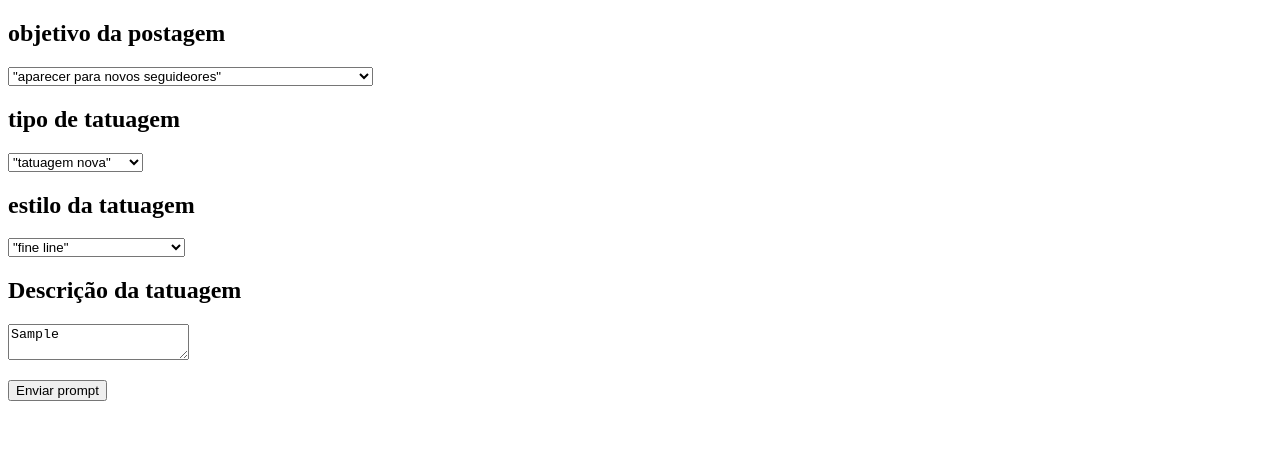
Repository: Ubiratandev/ink_api
Page: ink_IA/ink_ia.html
The author's editor kept a copy of each file at every save. The page is drawn from the files as they stood at one save, then again after the next save.
The browser window is 1280 px wide. The pictures show the whole page.
Empty fields were first filled with sample values (such as "Sample", 5 or name@example.com).
After loading, the first visible `#descricao` was changed once.

Above is the page before, as saved 2026-03-23 23:11:19.

### ink_IA/ink_ia.html
<!DOCTYPE html>
<html>
<head>
    <title>Ink IA</title>
</head>
<body>
   <div class="objetivo">
    <h2>objetivo da postagem</h2>
    <select value = "Objetivo da postagem:" id = "objetivo" onchange={changeObjetivo()}>
    <optgroup>
        <option value = "aparecer para novos seguideores"> "aparecer para novos seguideores"</option>
        <option value = "engajar com pessoas que ja viram as suas postagens">"engajar com pessoas que ja viram as suas postagens"</option>
        <option value = "vender para pessoas que ja engajaram com voce">"vender para pessoas que ja engajaram com voce"</option>
    </optgroup>
   </select>
   <script>
    const changeObjetivo =()=>{
   const objetivo = document.getElementById("objetivo").value;
   }
   </script>
   </div>

   <div class="tipo_tatuagem">


    <h2>tipo de tatuagem</h2>
    <select value = "tipo de tatuagem" id ="tipo" onchange={changeTipo()}>
    <optgroup>
        <option value = "tatuagem nova"> "tatuagem nova"</option>
        <option value = "cobertura">"cobertura"</option>
        <option value = "reforma">"reforma"</option>
    </optgroup>
   </select>
   <script>
   const changeTipo =()=>{
    const tipo = document.getElementById("tipo").value;
   }
   </script>
   </div>



   <div class="estilo da tatuagem">


    <h2>estilo da tatuagem</h2>
    <select value = "estilo da tatuagem" id = "estilo" onchange = {changeEstilo()}>
    <optgroup>
        <option value = "fine line"> "fine line"</option>
        <option value = "realismo preto e cinza">"realismo preto e cinza"</option>
        <option value = "realismo colorido">"realismo colorido"</option>
        <option value = "neotradicional">"neotradicional"</option>

    </optgroup>
   </select>
   <script>
    const changeEstilo = ()=>{
        const estilo = document.getElementById("estilo").value;
    }
   </script>
   </div>

<div>
  <h2>Descrição da tatuagem</h2>

  <textarea id="descricao"></textarea>

  <p id="saida"></p>

  <script>
    let desc = "";

    const descricao = document.getElementById("descricao");
    const saida = document.getElementById("saida");

    descricao.addEventListener("input", () => {
      desc = descricao.value;


    });
  </script>
</div>

   <div>
   <button value = "enviar" onclick = {enviarPrompt()}>Enviar prompt</button>
   <script>
    const enviarPrompt =()=>{
        let prompt = `Você é um especialista em marketing para tatuadores.

Crie uma legenda para Instagram com base em:

Descriçao: ${desc}
Tipo: ${tipo.value}
Estilo da tatuagem: ${estilo.value}
Objetivo: ${objetivo.value}


A legenda deve:
- Ser envolvente e natural
- Conversar com o público de tatuagem
- Incluir um CTA sutil

Inclua também:
- 10 hashtags relevantes para o nicho

Retorne no formato:

Legenda:
CTA:
Hashtags:`
console.log(prompt);
    }
   </script>
   </div>
</body>
</html>

After the next save:
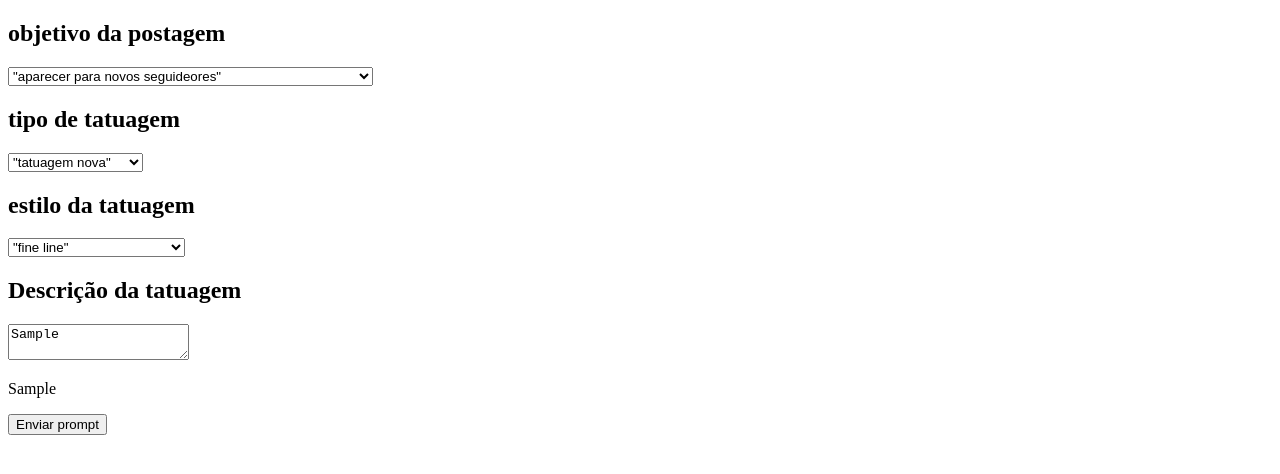
Saved 16 s later.
--- a/ink_IA/ink_ia.html
+++ b/ink_IA/ink_ia.html
@@ -76,7 +76,8 @@
     descricao.addEventListener("input", () => {
       desc = descricao.value;
 
-
+      // mostra na tela
+      saida.innerText = desc;
     });
   </script>
 </div>
